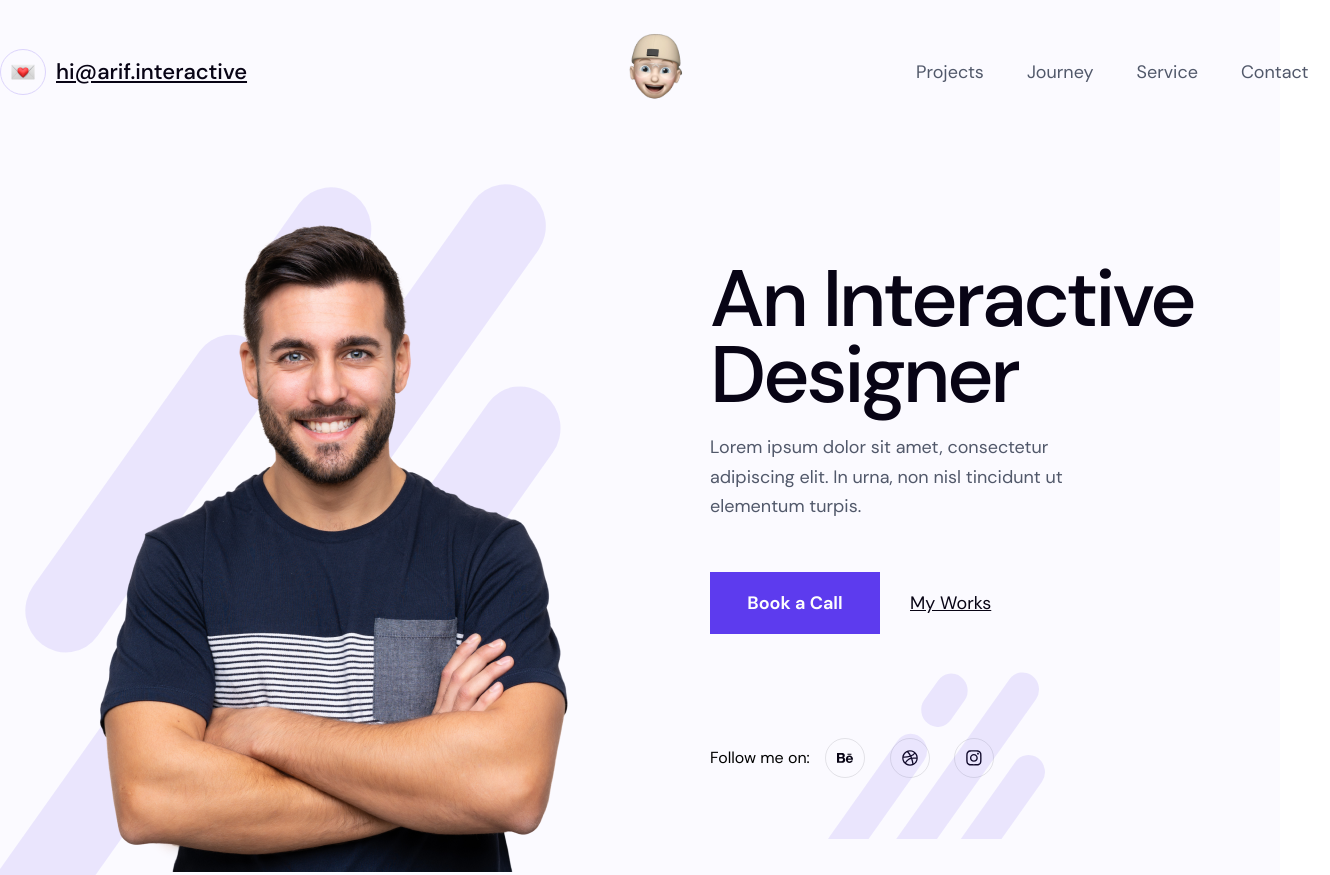
Repository: trantangtuan/project-06-grid-system12column-demo
Page: index.html
The author's editor kept a copy of each file at every save. The page is drawn from the files as they stood at one save, then again after the next save.
The browser window is 1280 px wide. The page is 1330 px wide, so the pictures cover 1330 px, including what lies to the right of the window. The pictures show the whole page.

Above is the page before, as saved 2024-07-13 21:17:18.

After the next save:
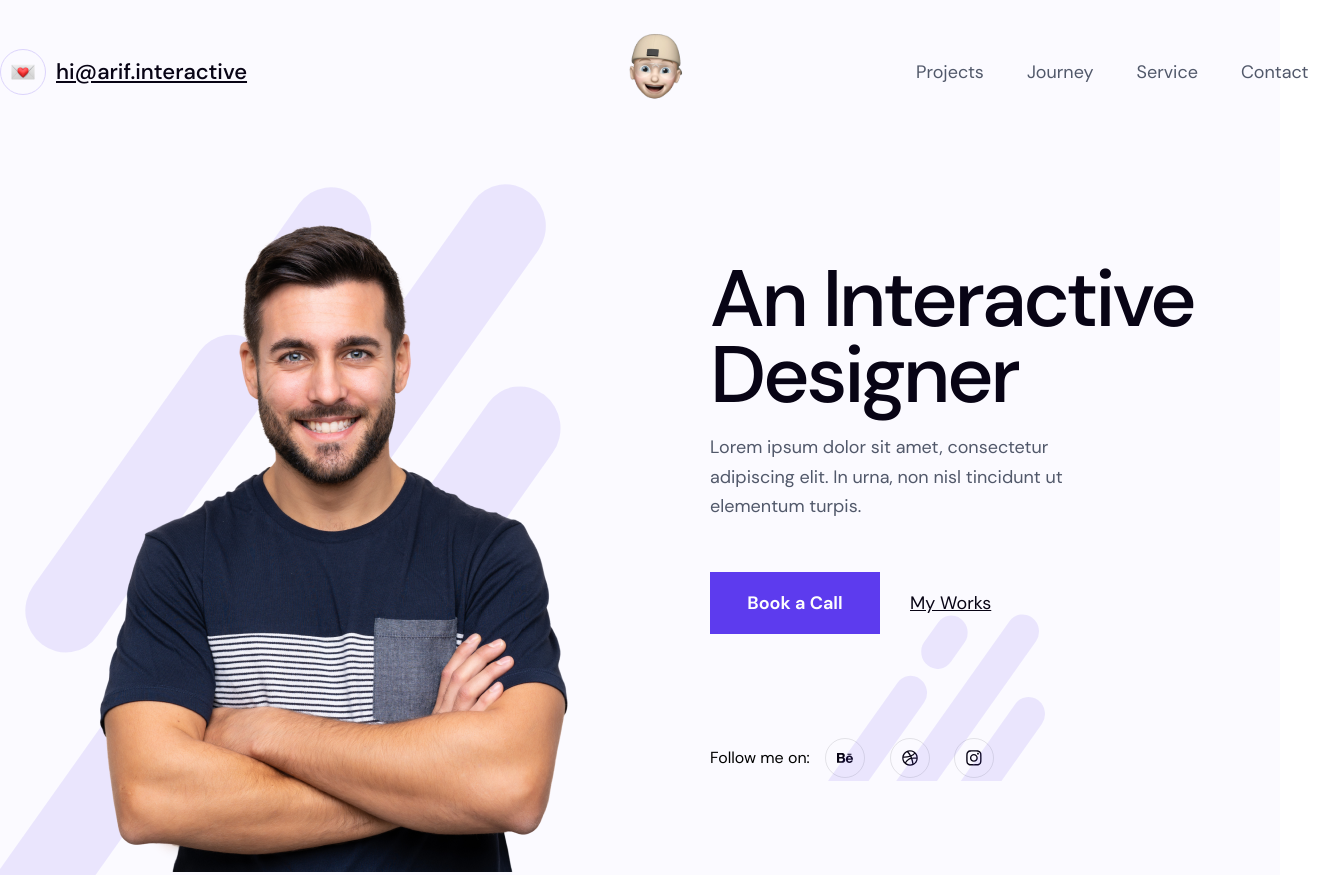
Saved 13 s later.
--- a/assets/css/style.css
+++ b/assets/css/style.css
@@ -196,4 +196,5 @@ a {
 
 .group-rectangle__right {
   position: absolute;
-}
+  bottom: 0;
+}
